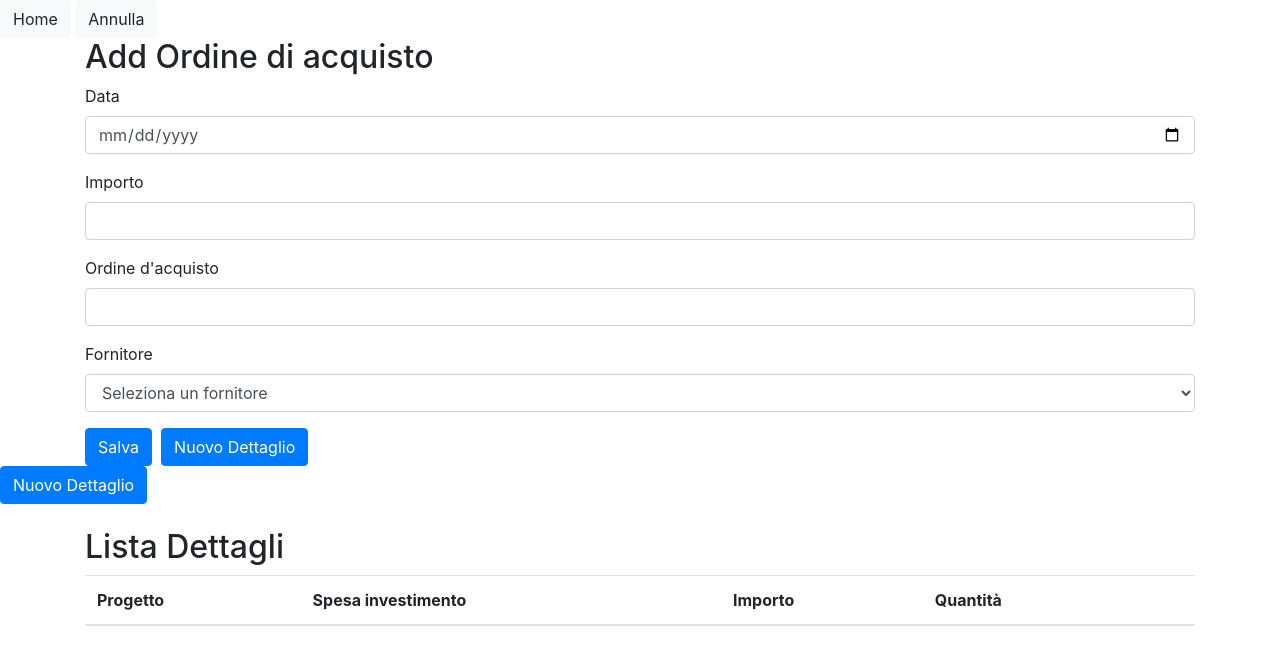
Repository: a-prezioso/Europcar-MultipleVersions-Framework
Page: http://localhost/EuropCarSpringNuovo/WEB-INF/views/OrdineAcquisto/AddOrdineConDettagli.jsp
An editor plug-in stored every save of this project. The page is shown before and after the next save, followed by the edit.
The browser window is 1280 px wide. The pictures show the whole page.
The page is served by Tomcat 9. Nobody is signed in. Other server files are loaded and not shown. The template is opened directly, without the code that normally fills it, so the values that code supplies are empty.

Above is the page before, as saved 2020-06-20 07:58:26.

### EuropCarSpringNuovo/src/main/webapp/WEB-INF/views/OrdineAcquisto/AddOrdineConDettagli.jsp
<%@ page language="java" contentType="text/html; charset=ISO-8859-1" pageEncoding="ISO-8859-1"%>
<%@ taglib uri="http://www.springframework.org/tags" prefix="spring"%>
<%@ taglib uri="http://www.springframework.org/tags/form" prefix="form"%>
<%@ taglib uri="http://java.sun.com/jsp/jstl/core" prefix="c"%>
<!DOCTYPE html>
<html>
<head>
<meta charset="ISO-8859-1">
<title>Add Ordine Con Dettagli</title>
<link rel="stylesheet"
	href="https://maxcdn.bootstrapcdn.com/bootstrap/4.4.1/css/bootstrap.min.css">
<script
	src="https://ajax.googleapis.com/ajax/libs/jquery/3.4.1/jquery.min.js"></script>
<script
	src="https://cdnjs.cloudflare.com/ajax/libs/popper.js/1.16.0/umd/popper.min.js"></script>
<script
	src="https://maxcdn.bootstrapcdn.com/bootstrap/4.4.1/js/bootstrap.min.js"></script>
</head>
<a class="btn btn-light" href="http://localhost:8086/menu/List" role="button">Home</a>
<a class="btn btn-light"
	href="http://localhost:8086/OrdineAcquisto/Cerca" role="button">Annulla</a>
<body>
	<div class="container">
	<spring:url value="/OrdineAcquisto/SaveOrdine/" var="saveURL" />
		<form:form modelAttribute="oggettoOrdineTemporaneo" method="post" action="${saveURL}" cssClass="form">

		<h2>Add Ordine di acquisto</h2>
			<form:hidden path="idordineacquisto" />

			<div class="form-group">
				<label>Data</label>
				<form:input type = "date" path="data" cssClass="form-control" id="data" />
				<form:errors path="data" cssClass="error" />
			</div>
			<div class="form-group">
				<label>Importo</label>
				<form:input path="importo" cssClass="form-control" id="importo" />
				<form:errors path="importo" cssClass="error" />
			</div>
			<div class="form-group">
				<label>Ordine d'acquisto</label>
				<form:input path="ordineacquisto" cssClass="form-control" id="ordineacquisto" />
				<form:errors path="ordineacquisto" cssClass="error" />
			</div>

			<div class="form-group">
				<label>Fornitore</label>
				<form:select path="ofornitore" cssClass="form-control" id="ragionesociale">
					<form:option value="0">Seleziona un fornitore</form:option>
					<form:options items="${elencoFornitori}" itemValue="idfornitore" itemLabel="ragionesociale" />
				</form:select>
				<form:errors path="ofornitore" cssClass="error"/>
			</div>
			<button type="submit" class="btn btn-primary">Salva</button>&nbsp;<spring:url value="/OrdineAcquisto/AddDettagliSuccessivi/" var="addURL" />
				<a href="${addURL}" role="button" class="btn btn-primary">Nuovo Dettaglio</a>
		</form:form>
	</div>
	<spring:url value="/OrdineAcquisto/AddDettagliSuccessivi/" var="addURL" />
				<a href="${addURL}" role="button" class="btn btn-primary">Nuovo Dettaglio</a>
	<br><br>
	<c:if test="${elencoDettagli.size() != 0 }">
		<div class="container">


				<h2>Lista Dettagli</h2>
				<table class="table table-striped">
					<thead>

						<th scope="row">Progetto</th>
						<th scope="row">Spesa investimento</th>
						<th scope="row">Importo</th>
						<th scope="row">Quantità</th>
						<th></th>
					</thead>
					<tbody>
						<c:forEach items="${elencoDettagli}" var="elenco">
							<tr>
								<td>${elenco.oprogetto.progetto}</td>
								<td>${elenco.ospesainvestimento.spesainvestimento}</td>
								<td>${elenco.importo}</td>
								<td>${elenco.quantita}</td>
								<td><spring:url
										value="/OrdineAcquisto/RimuoviDettagliTemporanei/${elenco.identifier}"
										var="deleteURL" /> <a href="${deleteURL}" role="button"
									class="btn btn-primary" onclick="return deleteConfirm()">Elimina</a>
								</td>
							</tr>
						</c:forEach>
					</tbody>
				</table>


			</div>
	</c:if>
</body>
</html>

After the next save:
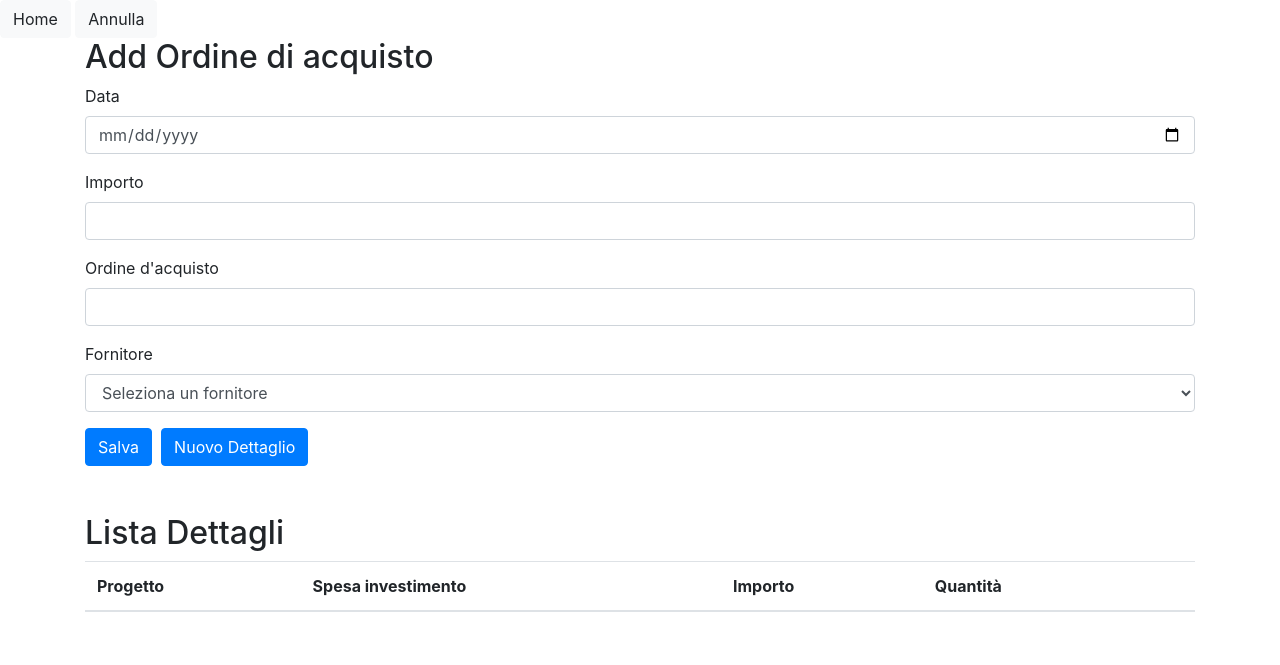
Saved 37 s later.
--- a/EuropCarSpringNuovo/src/main/webapp/WEB-INF/views/OrdineAcquisto/AddOrdineConDettagli.jsp
+++ b/EuropCarSpringNuovo/src/main/webapp/WEB-INF/views/OrdineAcquisto/AddOrdineConDettagli.jsp
@@ -55,8 +55,7 @@
 				<a href="${addURL}" role="button" class="btn btn-primary">Nuovo Dettaglio</a>
 		</form:form>
 	</div>
-	<spring:url value="/OrdineAcquisto/AddDettagliSuccessivi/" var="addURL" />
-				<a href="${addURL}" role="button" class="btn btn-primary">Nuovo Dettaglio</a>
+
 	<br><br>
 	<c:if test="${elencoDettagli.size() != 0 }">
 		<div class="container">
